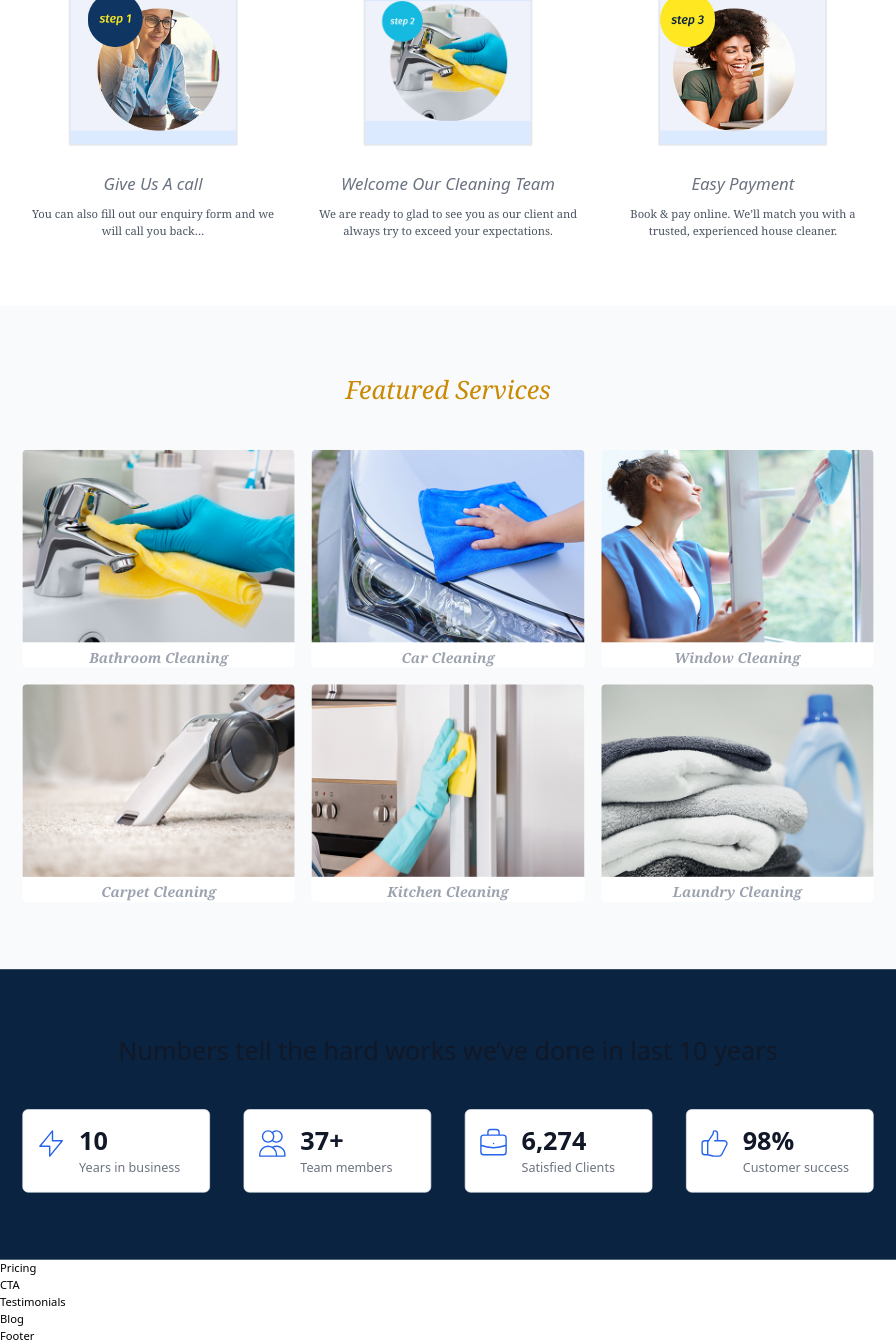
Repository: remydev47/cleonara
Page: /
The author's editor kept a copy of each file at every save. The page is drawn from the files as they stood at one save, then again after the next save.
The browser window is 1280 px wide. The pictures show the part of the page from y = 2361 to 4281 px (the page is 4281 px tall), at 70% of full size.
The project was rebuilt for these pictures with package versions that can differ from the ones it lists, and the page was loaded fresh each time. The framework's server and built-in components were replaced by stand-ins that run in the browser. Also part of the build but not shown: next.config.js.

Above is the page before, as saved 2022-11-01 13:29:47.

### pages/_app.tsx
import '../styles/globals.css'
import type { AppProps } from 'next/app'
import Header from '../components/Header'

function MyApp({ Component, pageProps }: AppProps) {
  return(
    <>
      <Header />
      <Component {...pageProps} />
    </>

  )
}

export default MyApp

### pages/index.tsx
import type { NextPage } from 'next'
import Head from 'next/head'
import Image from 'next/image'
import { AboutUs, CTA, Hero, Offers, Pricing, Services, Blog, Stats, Steps, Testimonials, Footer } from '../components'

const Home: NextPage = () => {
  return (
    <div className="">
      <Head>
        <title>CLEONARA</title>
        <link rel="icon" href="/favicon.ico" />
      </Head>
      <Hero/>
      <Offers />
      <AboutUs />
      <Steps />
      <Services />
      <Stats />
      <Pricing />
      <CTA />
      <Testimonials />
      <Blog />
      <Footer />
    </div>
  )
}

export default Home

### components/Header.tsx
import React from 'react';
import { navLinks } from '../constants';
import Menupopover from './Menupopover';
import Image from 'next/image';
import Logo from './Logo';
import { Button } from './Button';

const Header = () => {
  return (
    <header className="fixed inset-x-0 bg-[#092341] z-20 flex justify-between items-center py-2 px-2 shadow-lg dark:bg-slate-900 sm:py-3 sm:px-8">
            <div className='flex grow-0 basis-1/3 md:hidden'>
                <Menupopover />
            </div>

             <div className='flex grow-0 ml-2 justify-center md:justify-start'>
                <Logo />

            </div>


            <ul className="list-none sm:flex hidden justify-center items-center flex-1">
            {navLinks.map((nav, index) => (
                <li
                key={nav.id}
                className={`font-bold cursor-pointer text-[16px] hover:text-blue-400
                   ${index === navLinks.length - 1 ? 'mr-0' : 'mr-10'}
                  text-white `}
                >
                    <a>{nav.title}</a>
                </li>
            ))}
           </ul>

          <div className='sm:flex hidden'>
            <Button variant='solid'>
              GET A QUOTE!
            </Button>
          </div>

        </header>
  )
}

export default Header

### components/index.ts
import Hero from "./Hero";
import Offers from "./Offers";
import AboutUs from "./AboutUs";
import Steps from "./Steps";
import Services from "./Services";
import Stats from "./Stats";
import Pricing from "./Pricing";
import CTA from "./CTA";
import Testimonials from "./Testimonials";
import Blog from "./Blog";
import Footer from "./Footer";

export {
    Hero, Offers, AboutUs, Steps, Services, Stats, Pricing, CTA, Testimonials, Blog, Footer
}

### constants/index.ts
export const navLinks=[
    {
        id:"home",
        title:"Home",
    },
    {
        id:"services",
        title:"Services",
    },
    {
        id:"AboutUs",
        title:"AboutUs",
    },
    {
        id:"pricing",
        title:"Pricing",
    },
    {
        id:"blog",
        title:"Blog",
    },
    {
        id:"reviews",
        title:"Reviews",
    },
    {
        id:"contacts",
        title:"Contacts",
    },
]

### components/Menupopover.tsx
import React, {useState, Fragment} from 'react';
import { navLinks } from '../constants';
import { IconButton, Button } from './Button';
import { Transition, Dialog } from '@headlessui/react';
import Logo from './Logo';
import Image from 'next/image';

const Menupopover = () => {
  const [isOpen, setIsOpen] = useState(false)

  return (
    <div>
    <IconButton
      variant='ghost'
      aria-label='menu'
      onClick={() => setIsOpen(!isOpen)}
    >
      <svg className='h-6 w-6 ' fill='none' stroke='currentColor'>
        <path
          strokeLinecap='round'
          strokeLinejoin='round'
          strokeWidth={2}
          d='M4 6h16M4 12h16M4 18h16'
        />
      </svg>
    </IconButton>
    <Transition
      show={isOpen}
      appear
      as={Fragment}
      enter='transform transition ease-in-out duration-300'
      enterFrom='-translate-x-full'
      enterTo='translate-x-0'
      leave='transform transition ease-in-out duration-300 delay-200'
      leaveFrom='translate-x-0'
      leaveTo='-translate-x-full'
     >
     <Dialog
       as='div'
       className={`fixed inset-0 z-50`}
       onClose={setIsOpen}
       open={isOpen}
       >
       <Transition.Child
         as={Fragment}
         enter='ease-out duration-300 delay-300'
         enterFrom='opacity-0'
         enterTo='opacity-100'
         leave='ease-in duration-200'
         leaveFrom='opacity-100'
         leaveTo='opacity-0'
       >

        <Dialog.Overlay
          className={`fixed inset-0 bg-black/20 backdrop-blur-sm dark:bg-gray-900/80`}
         />
      </Transition.Child>
       <div className={styles.dialogcontainer}>
        <a className='mx-auto mt-4 flex w-[140px] '>
          <Logo />
        </a>
        <ul
            className={styles.navWrapper2}
         >
            {navLinks.map((nav, index) => (
                <li
                 key={nav.id}
                 className={` font-bold cursor-pointer text-[16px]
                  mt-2 border-t border-slate-200 py-4 dark:border-slate-600
                  ${index === navLinks.length - 1 ? 'mr-0' : 'mb-4'}
                  text-white `}
                >
                 <a href={`#${nav.id}`}>
                    {nav.title}
                 </a>
                </li>
             ))}
         </ul>

        <IconButton
          variant='ghost'
          aria-label='close menu'
          className='absolute top-5 right-5'
          onClick={() => setIsOpen(false)}
        >
          <svg
            viewBox='0 0 10 10'
            className='h-2.5 w-2.5 overflow-visible'
            aria-hidden='true'
          >
            <path
                d='M0 0L10 10M10 0L0 10'
                fill='none'
                stroke='currentColor'
                strokeWidth='2'
                strokeLinecap='round'
              />
          </svg>
        </IconButton>
       </div>
     </Dialog>
    </Transition>
  </div>
  )
}

export default Menupopover;

const styles ={
  dialogcontainer:`fixed top-0 bottom-0 left-0 w-full max-w-xs rounded-r-xl bg-[#092341] p-6 shadow-lg dark:bg-gray-800`,
  menuitems:`group relative flex h-9 items-center oveflow-hidden rounded-md hover:bg-slate-200/50`,
  navWrapper2:`list-none flex flex-col justify-end items-center flex-1`,
}

### components/Logo.tsx
import React from 'react'
import Image from 'next/image'

const Logo = () => {
  return (
    <div>
        <Image
          src='/images/logo.png'
          alt='Cleonara'
          height={80}
          width={150}
        />
    </div>
  )
}

export default Logo

### components/Hero.tsx
import React from 'react'

const Hero = () => {
  return (
    <section className='relative pt-48 pb-12 xl:pt-60 sm:pb-16 lg:pb-32 xl:pb-48 2xl:pb-56'>
    <div className="absolute inset-0">
     <img className="object-cover w-full h-full" src="/images/7.jpg" alt="" />
    </div>
   <div className='relative'>
    <div className="px-6 mx-auto sm:px-8 lg:px-12 max-w-7xl">
      <div className="w-full lg:w-2/3 xl:w-1/2">
        <h1 className="font-serif text-xl font-bold tracking-tight text-white text-opacity-70 text-center">Proffesional Cleaning Services</h1>
        <p className="mt-6 tracking-tighter text-[#656b72]">
          <span className="font-sans font-bold text-6xl">BEST CLEANING </span><br />
          <span className="font-serif italic font-BOLD text-7xl">SERVICES IN TOWN</span>
        </p>
        <p className="mt-8 font-erif text-xl font-normal text-[#656b72]">
         Our professional and experienced cleaning staff does the job right the first time are Carefully selected Give them a deep.
        </p>
      </div>
    </div>
   </div>
  </section>
  )
}

export default Hero

### components/Offers.tsx
import React from 'react'
import { Button } from './Button'

const Offers = () => {
  return (
    <section className="bg-[#fff] sm:py-16 lg:py-24">
    <div className="px-4 mx-auto max-w-7xl sm:px-6 lg:px-8">
    <div className="max-w-2xl mx-auto text-center">
      <h2 className="text-xl italic font-semibold leading-tight text-black  lg:text-2xl">What We Offer</h2>
    </div>

    <div className="grid max-w-md grid-cols-1 gap-6 mx-auto mt-8 text-center lg:max-w-full lg:mt-16 lg:grid-cols-3">

        <div className="overflow-hidden bg-[#092341] shadow-xl border-gray-300 rounded-md">
          <div className="p-8 xl:px-12 flex flex-col items-center justify-center">
             <div className='flex flex-col'>
               <h1 className='text-3xl font-semibold text-white'>Opening</h1>
               <span className='italic text-2xl text-blue-400'>HOURS</span>
             </div>
             <h2 className='font-bold text-xl italic text-white text-center mt-2'>
               We are Open
             </h2>
             <p className='text-xl text-white text-center font-bold'>
               MON-FRI: 08:00-17:00
             </p>
             <p className='text-xl text-white text-center font-bold'>
               SAT-SUN: 10:00-17:00
             </p>
          </div>
        </div>

        <div className="overflow-hidden bg-blue-600 shadow-xl border-gray-300 rounded-md">
          <div className="p-8 xl:px-12 flex flex-col items-center justify-center">
             <div className='flex flex-col'>
               <h1 className='text-3xl font-semibold text-white'>Commercial</h1>
               <span className='italic text-2xl text-yellow-400'>Service</span>
             </div>
             <h2 className='font-bold text-xl italic text-white text-center mt-2'>
                Contact The Cleaning Authority and we’ll do the cleaning for you!
             </h2>
             <p>
              <Button variant='outline'>
                READ MORE!
              </Button>
             </p>
          </div>
        </div>


        <div className="overflow-hidden bg-[#0693e3] shadow-xl border-gray-300 rounded-md">
          <div className="p-8 xl:px-12 flex flex-col items-center justify-center">
             <div className='flex flex-col'>
               <h1 className='text-3xl font-semibold text-white'>Residential</h1>
               <span className='italic text-2xl text-yellow-400'>Services</span>
             </div>
             <h2 className='font-bold text-xl italic text-white text-center mt-2'>
               Invest in your free time with our services. Get started with an in-home estimate!
             </h2>
             <p>
              <Button variant='outline'>
                READ MORE!
              </Button>
             </p>
          </div>
        </div>

        <div className="overflow-hidden bg-yellow-400 shadow-xl border-gray-300 rounded-md">
          <div className="p-8 xl:px-12 flex flex-col items-center justify-center">
             <div className='flex flex-col'>
               <h1 className='text-3xl font-semibold text-[#092341]'>Special</h1>
               <span className='italic text-2xl text-gray-600'>Service</span>
             </div>
             <h2 className='font-bold text-xl italic text-[#0f3664] text-center mt-2'>
              We perform ongoing inspections to ensure every clean is up to our standards.
             </h2>
             <p>
              <Button variant='outline'>
                READ MORE!
              </Button>
             </p>
          </div>
        </div>

    </div>
</div>
</section>
  )
}

export default Offers

### components/AboutUs.tsx
import React from 'react'

const AboutUs = () => {
  return (
    <section className="py-6 bg-gray-50 sm:py-16 lg:py-24">
    <div className="max-w-5xl px-4 mx-auto sm:px-6 lg:px-8">
        <div className="grid items-center grid-cols-1 gap-y-6 md:grid-cols-2 md:gap-x-20">
            <div className="">
                <h1 className='text-3xl italic text-blue-800/70 text-center'>WELCOME TO OUR CLEANING AGENCY</h1>
                <h2 className="text-4xl font-bold leading-tight text-black sm:text-4xl lg:text-4xl">Cleaning Services We Provide.</h2>
                <p className="mt-4 text-base leading-relaxed text-gray-600 font-semibold">
                 Our home cleaning services are designed to give you the peace of mind you deserve and the time you need to enjoy your life and loved ones..
                </p>
            </div>

            <div className=" pl-20 pr-6 sm:pl-6 md:px-0">
                <div className="relative w-full max-w-xs mt-4 mb-10 ml-auto">
                 <img className="relative -top-4 -left-4" src="/images/Cleaning.jpg" alt="" />



                    <div className="absolute -bottom-10 -left-16 m-2">


                          <div className="px-8 py-8 bg-blue-700">
                               <span className="block text-4xl font-bold text-yellow-500 lg:text-5xl"> 50+ </span>
                                <span className="block mt-2 text-base leading-tight text-yellow-500"> Team<br />Member</span>
                            </div>
                    </div>
                </div>
            </div>
        </div>
    </div>
</section>
  )
}

export default AboutUs

### components/Steps.tsx
import React from 'react'

const Steps = () => {
  return (
    <section className="py-10  bg-white sm:py-16 lg:py-24">
    <div className="px-4 mx-auto max-w-7xl sm:px-6 lg:px-8">
        <div className="max-w-2xl mx-auto text-center">
            <h2 className="text-3xl italic font-semibold leading-tight text-[#092341]">Enjoy Your Time Off</h2>

        </div>

        <div className="relative mt-12 lg:mt-20">


            <div className="relative grid grid-cols-1 text-center gap-y-12 md:grid-cols-3 gap-x-12">
                <div>
                    <div className="flex items-center justify-center w-60 h-60 mx-auto bg-blue-100 border-2 border-gray-200 shadow">
                        <span className="text-xl font-semibold text-gray-700">
                            <img src='/images/step-1.jpg' className='h-full w-full ' />
                        </span>
                    </div>
                    <h3 className="mt-6 text-2xl italic leading-tight text-gray-500 md:mt-10">Give Us A call</h3>
                    <p className="mt-4 font-serif text-base text-gray-600">You can also fill out our enquiry form and we will call you back…</p>
                </div>

                <div>
                    <div className="flex items-center justify-center w-60 h-60 mx-auto bg-blue-100 border-2 border-gray-200 shadow">
                        <span className="text-xl font-semibold text-gray-700">
                          <img src='/images/step-2.jpg' className='h-full w-full ' />
                        </span>
                    </div>
                    <h3 className="mt-6 text-2xl italic leading-tight text-gray-500 md:mt-10">Welcome Our Cleaning Team</h3>
                    <p className="mt-4 font-serif text-base text-gray-600">We are ready to glad to see you as our client and always try to exceed your expectations.</p>
                </div>

                <div>
                    <div className="flex items-center justify-center w-60 h-60 mx-auto bg-blue-100 border-2 border-gray-200 shadow">
                        <span className="text-xl font-semibold text-gray-700">
                        <img src='/images/step-3.jpg' className='h-full w-full ' />
                        </span>
                    </div>
                    <h3 className="mt-6 text-2xl italic leading-tight text-gray-500 md:mt-10">Easy Payment</h3>
                    <p className="mt-4 font-serif text-base text-gray-600">Book & pay online. We’ll match you with a trusted, experienced house cleaner.</p>
                </div>

            </div>
        </div>
    </div>
 </section>
  )
}

export default Steps

### components/Services.tsx
import React from 'react'

const services=[
  {
    image:'/images/1.jpg',
    title:'Bathroom Cleaning',
    description:'',
  },
  {
    image:'/images/2.jpg',
    title:'Car Cleaning',
    description:'',
  },
  {
    image:'/images/3.jpg',
    title:'Window Cleaning',
    description:'',
  },
  {
    image:'/images/4.jpg',
    title:'Carpet Cleaning',
    description:'',
  },
  {
    image:'/images/5.jpg',
    title:'Kitchen Cleaning',
    description:'',
  },
  {
    image:'/images/6.jpg',
    title:'Laundry Cleaning',
    description:'',
  },
]

const Services = () => {
  return (
    <section className="bg-gray-50 sm:py-16 lg:py-24">

    <div className="px-4 mx-auto max-w-7xl sm:px-6 lg:px-8">
     <div className="max-w-2xl mx-auto text-center">
      <h2 className="italic font-serif text-4xl leading-tight text-yellow-600">Featured Services</h2>
     </div>

     <div className="grid max-w-md grid-cols-1 gap-6 mx-auto mt-8 text-center lg:max-w-full lg:mt-16 lg:grid-cols-3">
      {services.map((item, i) => (
     <div className="overflow-hidden bg-white border-gray-300 rounded-md">
          <div className="flex flex-col items-center justify-center">

              <img
               src={item.image}
               className="w-full"
             />

             <h2 className='font-bold font-serif text-xl text-gray-400 italic text-center mt-2'>
               {item.title}
             </h2>
             <p className='text-xl font-serif text-gray-300 text-center '>
              {item.description}
             </p>
          </div>
     </div>
     ))}
    </div>
</div>
</section>
  )
}

export default Services

### components/Stats.tsx
import React from 'react'

const Stats = () => {
  return (
    <section className="py-10 bg-[#092341] sm:py-16 lg:py-24">
    <div className="px-4 mx-auto max-w-7xl sm:px-6 lg:px-8">
        <div className="text-center">
            <h4 className="text-4xl font-medium text-gray-900">Numbers tell the hard works we’ve done in last 10 years</h4>
        </div>

        <div className="grid grid-cols-1 gap-6 px-6 mt-8 sm:px-0 lg:mt-16 sm:grid-cols-2 lg:grid-cols-4 xl:gap-x-12">
            <div className="overflow-hidden bg-white border border-gray-200 rounded-lg">
                <div className="px-4 py-6">
                    <div className="flex items-start">
                        <svg className="flex-shrink-0 w-12 h-12 text-blue-600" xmlns="http://www.w3.org/2000/svg" fill="none" viewBox="0 0 24 24" stroke="currentColor">
                            <path stroke-linecap="round" stroke-linejoin="round" stroke-width="1" d="M13 10V3L4 14h7v7l9-11h-7z" />
                        </svg>
                        <div className="ml-4">
                            <h4 className="text-4xl font-bold text-gray-900">10</h4>
                            <p className="mt-1.5 text-lg font-medium leading-tight text-gray-500">Years in business</p>
                        </div>
                    </div>
                </div>
            </div>

            <div className="overflow-hidden bg-white border border-gray-200 rounded-lg">
                <div className="px-4 py-6">
                    <div className="flex items-start">
                        <svg className="flex-shrink-0 w-12 h-12 text-blue-600" xmlns="http://www.w3.org/2000/svg" fill="none" viewBox="0 0 24 24" stroke="currentColor">
                            <path stroke-linecap="round" stroke-linejoin="round" stroke-width="1" d="M12 4.354a4 4 0 110 5.292M15 21H3v-1a6 6 0 0112 0v1zm0 0h6v-1a6 6 0 00-9-5.197M13 7a4 4 0 11-8 0 4 4 0 018 0z" />
                        </svg>
                        <div className="ml-4">
                            <h4 className="text-4xl font-bold text-gray-900">37+</h4>
                            <p className="mt-1.5 text-lg font-medium leading-tight text-gray-500">Team members</p>
                        </div>
                    </div>
                </div>
            </div>

            <div className="overflow-hidden bg-white border border-gray-200 rounded-lg">
                <div className="px-4 py-6">
                    <div className="flex items-start">
                        <svg className="flex-shrink-0 w-12 h-12 text-blue-600" xmlns="http://www.w3.org/2000/svg" fill="none" viewBox="0 0 24 24" stroke="currentColor">
                            <path stroke-linecap="round" stroke-linejoin="round" stroke-width="1" d="M21 13.255A23.931 23.931 0 0112 15c-3.183 0-6.22-.62-9-1.745M16 6V4a2 2 0 00-2-2h-4a2 2 0 00-2 2v2m4 6h.01M5 20h14a2 2 0 002-2V8a2 2 0 00-2-2H5a2 2 0 00-2 2v10a2 2 0 002 2z" />
                        </svg>
                        <div className="ml-4">
                            <h4 className="text-4xl font-bold text-gray-900">6,274</h4>
                            <p className="mt-1.5 text-lg font-medium leading-tight text-gray-500">Satisfied Clients</p>
                        </div>
                    </div>
                </div>
            </div>

            <div className="overflow-hidden bg-white border border-gray-200 rounded-lg">
                <div className="px-4 py-6">
                    <div className="flex items-start">
                        <svg className="flex-shrink-0 w-12 h-12 text-blue-600" xmlns="http://www.w3.org/2000/svg" fill="none" viewBox="0 0 24 24" stroke="currentColor">
                            <path
                                stroke-linecap="round"
                                stroke-linejoin="round"
                                stroke-width="1"
                                d="M14 10h4.764a2 2 0 011.789 2.894l-3.5 7A2 2 0 0115.263 21h-4.017c-.163 0-.326-.02-.485-.06L7 20m7-10V5a2 2 0 00-2-2h-.095c-.5 0-.905.405-.905.905 0 .714-.211 1.412-.608 2.006L7 11v9m7-10h-2M7 20H5a2 2 0 01-2-2v-6a2 2 0 012-2h2.5"
                            />
                        </svg>
                        <div className="ml-4">
                            <h4 className="text-4xl font-bold text-gray-900">98%</h4>
                            <p className="mt-1.5 text-lg font-medium leading-tight text-gray-500">Customer success</p>
                        </div>
                    </div>
                </div>
            </div>
        </div>
    </div>
  </section>
  )
}

export default Stats

Loaded but not shown: styles/globals.css (common file); components/Pricing.tsx (common file); components/CTA.tsx (common file); components/Testimonials.tsx (common file); components/Blog.tsx (common file); components/Footer.tsx (common file); tailwind.config.js (common file); components/Button/index.tsx (181 lines, source omitted)

After the next save:
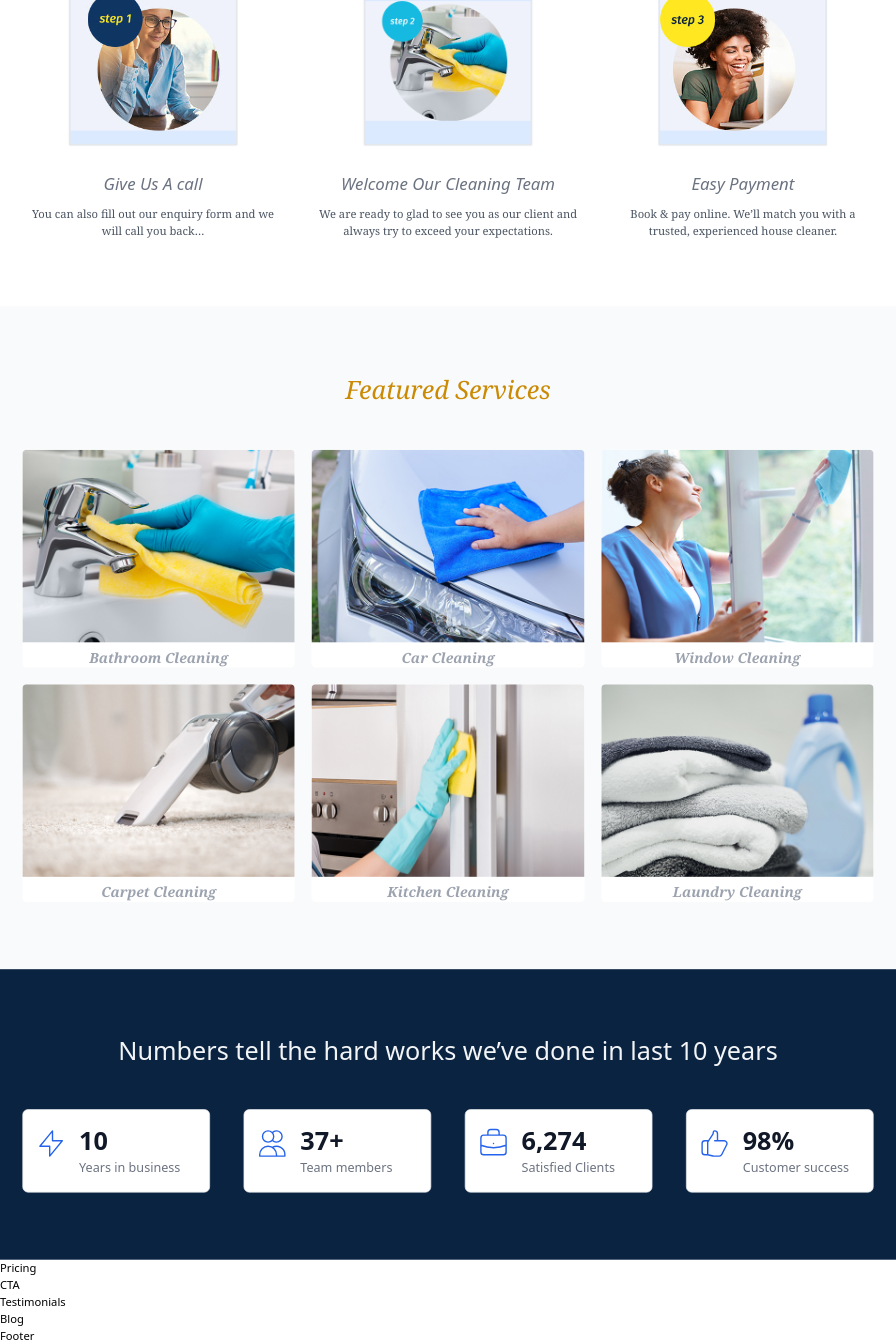
Saved 21 s later.
--- a/components/Stats.tsx
+++ b/components/Stats.tsx
@@ -5,7 +5,7 @@ const Stats = () => {
     <section className="py-10 bg-[#092341] sm:py-16 lg:py-24">
     <div className="px-4 mx-auto max-w-7xl sm:px-6 lg:px-8">
         <div className="text-center">
-            <h4 className="text-4xl font-medium text-gray-900">Numbers tell the hard works we’ve done in last 10 years</h4>
+            <h4 className="text-4xl font-medium text-gray-100">Numbers tell the hard works we’ve done in last 10 years</h4>
         </div>
 
         <div className="grid grid-cols-1 gap-6 px-6 mt-8 sm:px-0 lg:mt-16 sm:grid-cols-2 lg:grid-cols-4 xl:gap-x-12">
